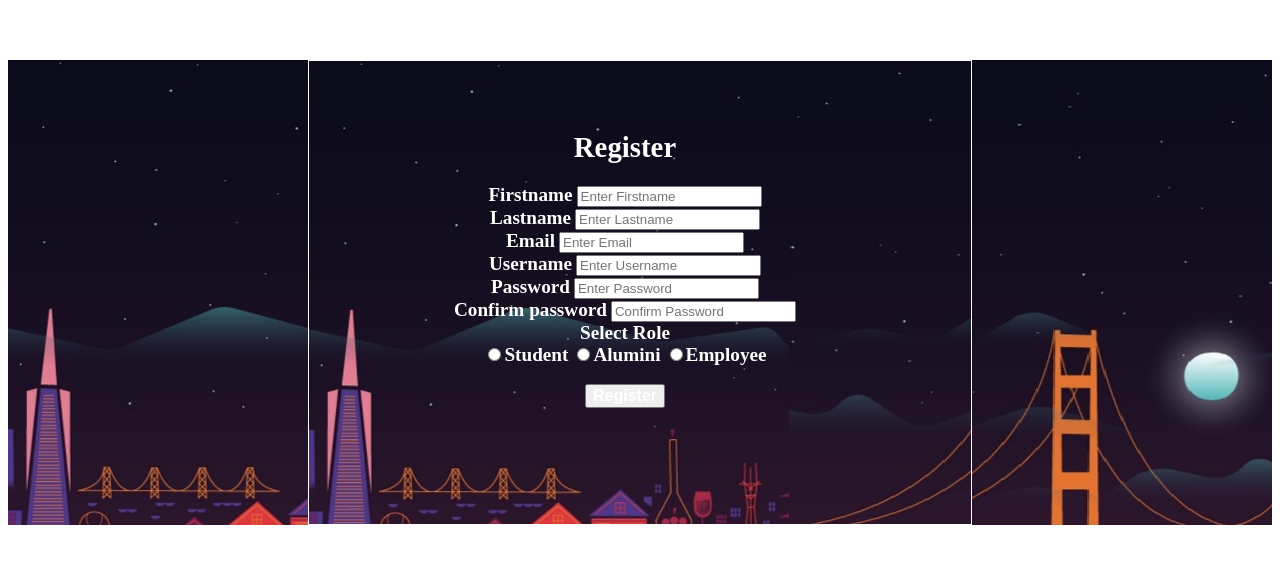
Repository: NeeleshPoojari/Project-2
Page: frontend_project2/WebContent/views/registrationform.html
The author's editor kept a copy of each file at every save. The page is drawn from the files as they stood at one save, then again after the next save.
The browser window is 1280 px wide. The pictures show the whole page.

Above is the page before, as saved 2017-07-19 18:08:05.

### frontend_project2/WebContent/views/registrationform.html
<link href="css/registrationform.css" media="all" rel="stylesheet" type="text/css" />


<div style="background-image: url('images/down1.png');">
<div class="Container">
	<div class="middle" style="margin-top: 60px;background-image: url('images/down1.png');">

		<h2 align="center" style="color: white;" ><b><big>Register</big></b></h2>
		<form>
			<div align="center">
				<div class="row">
					<div class="form-group col-xs-6">
						<label style="color: white;"><b><big>Firstname</big></b></label> <input type="text"
							ng-model="user.firstname" placeholder="Enter Firstname"
							class="form-control input-lg" required>
					</div>


					<div class="form-group col-xs-6">
						<label style="color: white;"><b><big>Lastname</big></b></label> <input type="text"
							ng-model="user.lastname" placeholder="Enter Lastname"
							class="form-control input-lg" required>
					</div>

				</div>
			</div>

			<div align="center">
				<div class="row">
					<div class="form-group col-xs-6">
						<label style="color: white;"><b><big>Email</big></b></label> <input type="text"
							ng-model="user.email" placeholder="Enter Email"
							class="form-control input-lg" required>
					</div>


					<div class="form-group col-xs-6">
						<label style="color: white;"><b><big>Username</big></b></label> <input type="text"
							ng-model="user.username" placeholder="Enter Username"
							class="form-control input-lg" required>
					</div>

				</div>
			</div>


			<div align="center">
				<div class="row">
					<div class="form-group col-xs-6">
						<label style="color: white;"><b><big>Password</big></b></label> <input type="password"
							ng-model="user.password" placeholder="Enter Password"
							class="form-control input-lg" required>
					</div>


					<div class="form-group col-xs-6">
						<label style="color: white;"><b><big>Confirm password</big></b></label> <input type="password"
							placeholder="Confirm Password" class="form-control input-lg"
							required>
					</div>

				</div>
			</div>

			<div align="center">
				<label style="color: white;"><b><big>Select Role</big></b></label><br>
				<div class="row">
					<input type="radio" ng-model="user.role" value="Student"><b style="color: white;"><big>Student</big></b>
					<input type="radio" ng-model="user.role" value="Alumini"><b style="color: white;"><big>Alumini</big></b>
					<input type="radio" ng-model="user.role" value="Employee"><b style="color: white;"><big>Employee</big></b>
				</div>
				<br>
				<button type="submit" ng-click="register()" class="btn btn-success btn-lg"><b style="color: white;"><big>Register</big></button>
			</div>

			<!--

		Enter Firstname:<input type="text" ng-model="user.firstname"><br>
		Enter Lastname:<input type="text" ng-model="user.lastname"><br>
		Enter Email:<input type="text" ng-model="user.email"><br>
		Enter Username:<input type="text" ng-model="user.username"><br>
		Enter Password:<input type="password" ng-model="user.password"><br>

		Select Role<input type="radio" ng-model="user.role" value="Student">Student<br>
		<input type="radio" ng-model="user.role" value="Alumini">Alumini<br>
		<input type="radio" ng-model="user.role" value="Employee">Employee<br>

		<input type="submit" ng-click="register()"><br>
		 -->


		</form>
	</div>
</div>
</div>

### frontend_project2/WebContent/css/registrationform.css
.middle {
	border: 1px solid white;
	background-color: #d6d6c2;
	padding-top: 50px;
	padding-right: 50px;
	padding-bottom: 100px;
	padding-left: 20px;
	margin-left: 300px;
	margin-right: 300px;
}

### frontend_project2/WebContent/js/passwordConfirm.js
function check_pass() {
	if (document.getElementById('p1').value == document.getElementById('p2').value) {
		document.getElementById('submit').disabled = false;
		document.getElementById('message').style.color = 'green';
		document.getElementById('message').innerHTML = 'Matching';
	} else {
		document.getElementById('submit').disabled = true;
		document.getElementById('message').style.color = 'red';
		document.getElementById('message').innerHTML = 'Not Matching';
		window.alert('Entered Password is Not matching with above password ');

	}
}

After the next save:
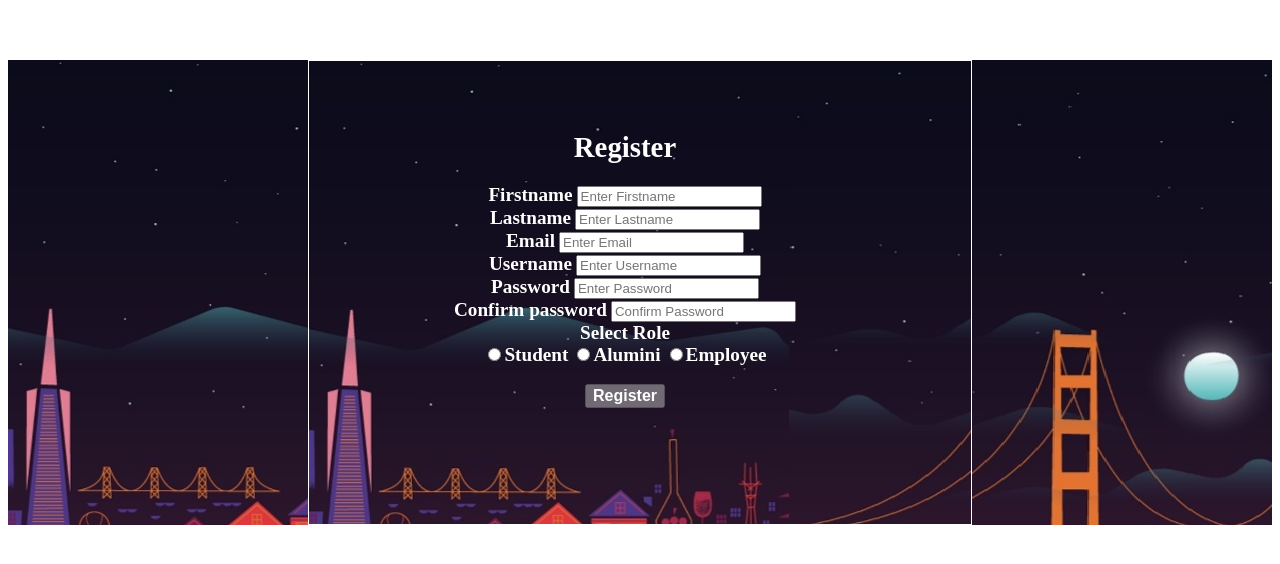
Saved 12 h 40 min later.
--- a/frontend_project2/WebContent/views/registrationform.html
+++ b/frontend_project2/WebContent/views/registrationform.html
@@ -1,4 +1,5 @@
 <link href="css/registrationform.css" media="all" rel="stylesheet" type="text/css" />
+<script src="js/passwordConfirm.js"></script>
 
 
 <div style="background-image: url('images/down1.png');">
@@ -49,14 +50,15 @@
 					<div class="form-group col-xs-6">
 						<label style="color: white;"><b><big>Password</big></b></label> <input type="password"
 							ng-model="user.password" placeholder="Enter Password"
-							class="form-control input-lg" required>
+							class="form-control input-lg" id="p1" required>
 					</div>
 
 
 					<div class="form-group col-xs-6">
 						<label style="color: white;"><b><big>Confirm password</big></b></label> <input type="password"
-							placeholder="Confirm Password" class="form-control input-lg"
-							required>
+							placeholder="Confirm Password" class="form-control input-lg" id="p2" onBlur='check_pass();'
+							required><span
+								id='message'></span>
 					</div>
 
 				</div>
@@ -70,7 +72,7 @@
 					<input type="radio" ng-model="user.role" value="Employee"><b style="color: white;"><big>Employee</big></b>
 				</div>
 				<br>
-				<button type="submit" ng-click="register()" class="btn btn-success btn-lg"><b style="color: white;"><big>Register</big></button>
+				<button type="submit" ng-click="register()" class="btn btn-success btn-lg" id="submit" disabled ><b style="color: white;"><big>Register</big></button>
 			</div>
 
 			<!--
